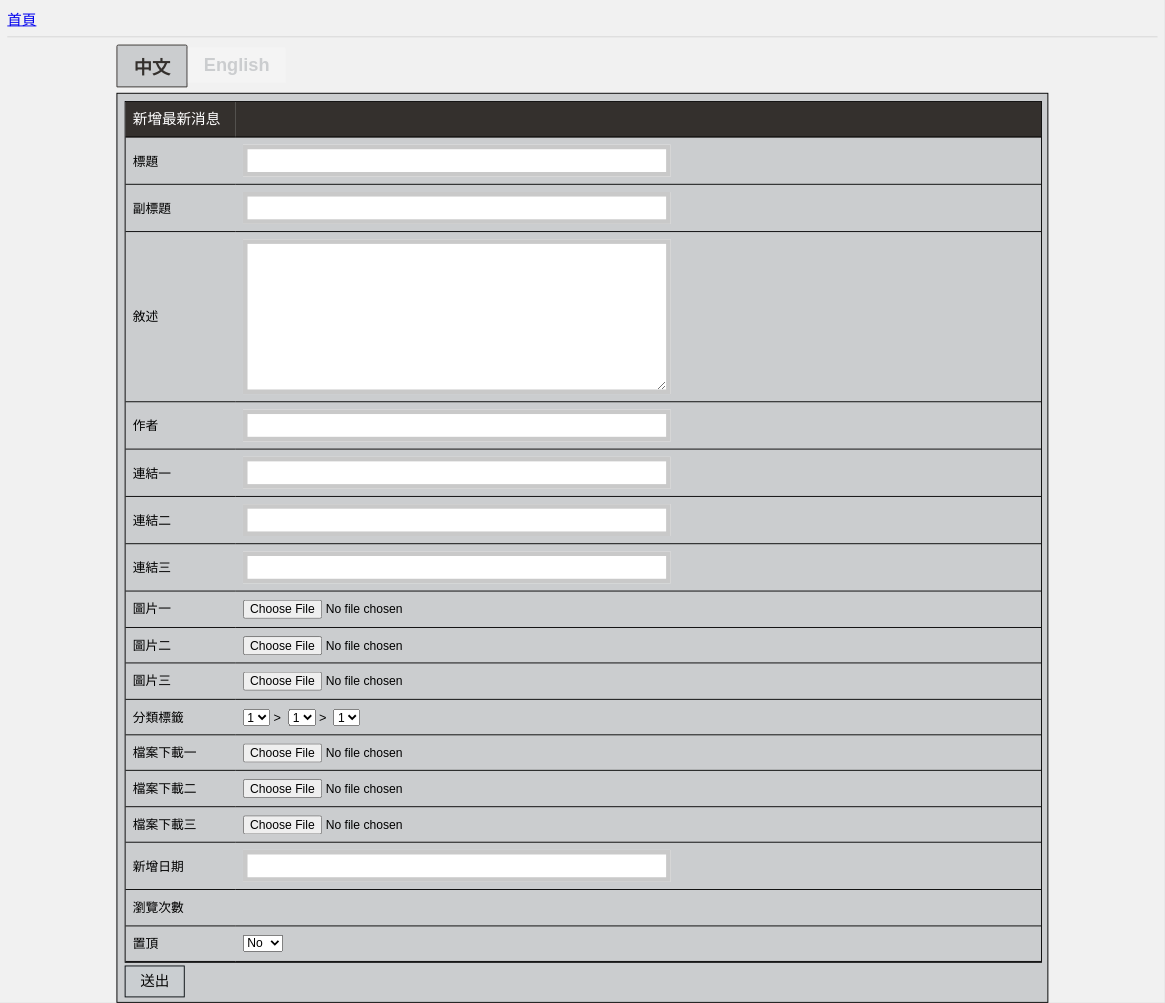
Repository: Naokiyuy/DigitalHum
Page: http://localhost/digital/backend/hotnews/hotnews-add.jsp
The author's editor kept a copy of each file at every save. The page is drawn from the files as they stood at one save, then again after the next save.
The browser window is 1280 px wide. The pictures show the whole page, at 91% of full size.
Some web libraries are served in a nearby version. The page is served by Tomcat 9.

Above is the page before, as saved 2015-03-12 18:21:42.

After the next save:
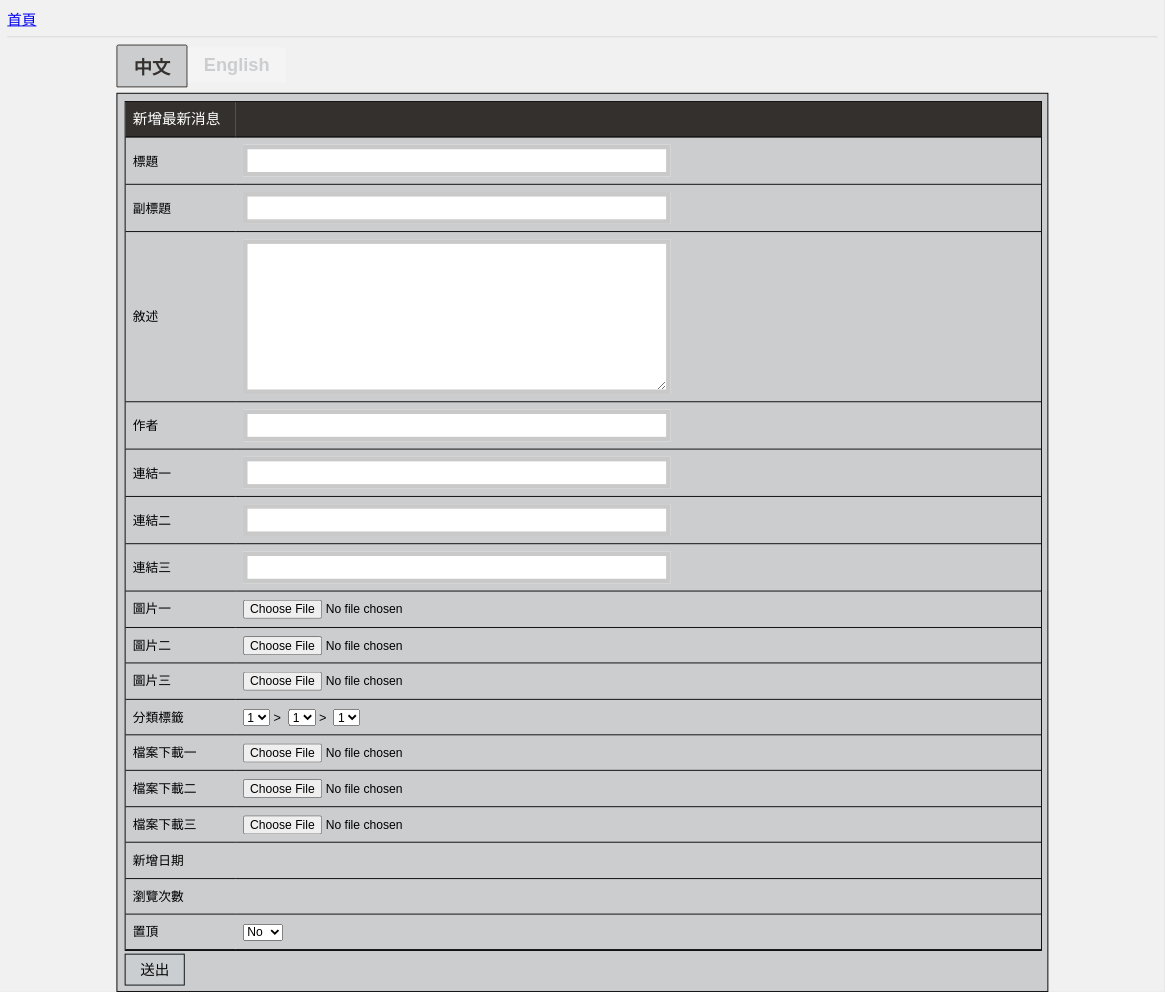
Saved 40 s later.
--- a/digital/src/main/webapp/backend/hotnews/hotnews-add.jsp
+++ b/digital/src/main/webapp/backend/hotnews/hotnews-add.jsp
@@ -96,7 +96,7 @@
 				</div>
 				<div class="hotnews-add-tr">
 					<div class="hotnews-add-td">新增日期</div>
-					<div class="hotnews-add-td"><input type="text" id="createDate_cht" name="createDate_cht" /></div>
+					<div class="hotnews-add-td"></div>
 				</div>
 				<div class="hotnews-add-tr">
 					<div class="hotnews-add-td">瀏覽次數</div>
@@ -200,7 +200,7 @@
 				</div>
 				<div class="hotnews-add-tr">
 					<div class="hotnews-add-td">Create Date</div>
-					<div class="hotnews-add-td"><input type="text" id="createDate_enu" name="createDate_enu" /></div>
+					<div class="hotnews-add-td"></div>
 				</div>
 				<div class="hotnews-add-tr">
 					<div class="hotnews-add-td">Page View</div>
